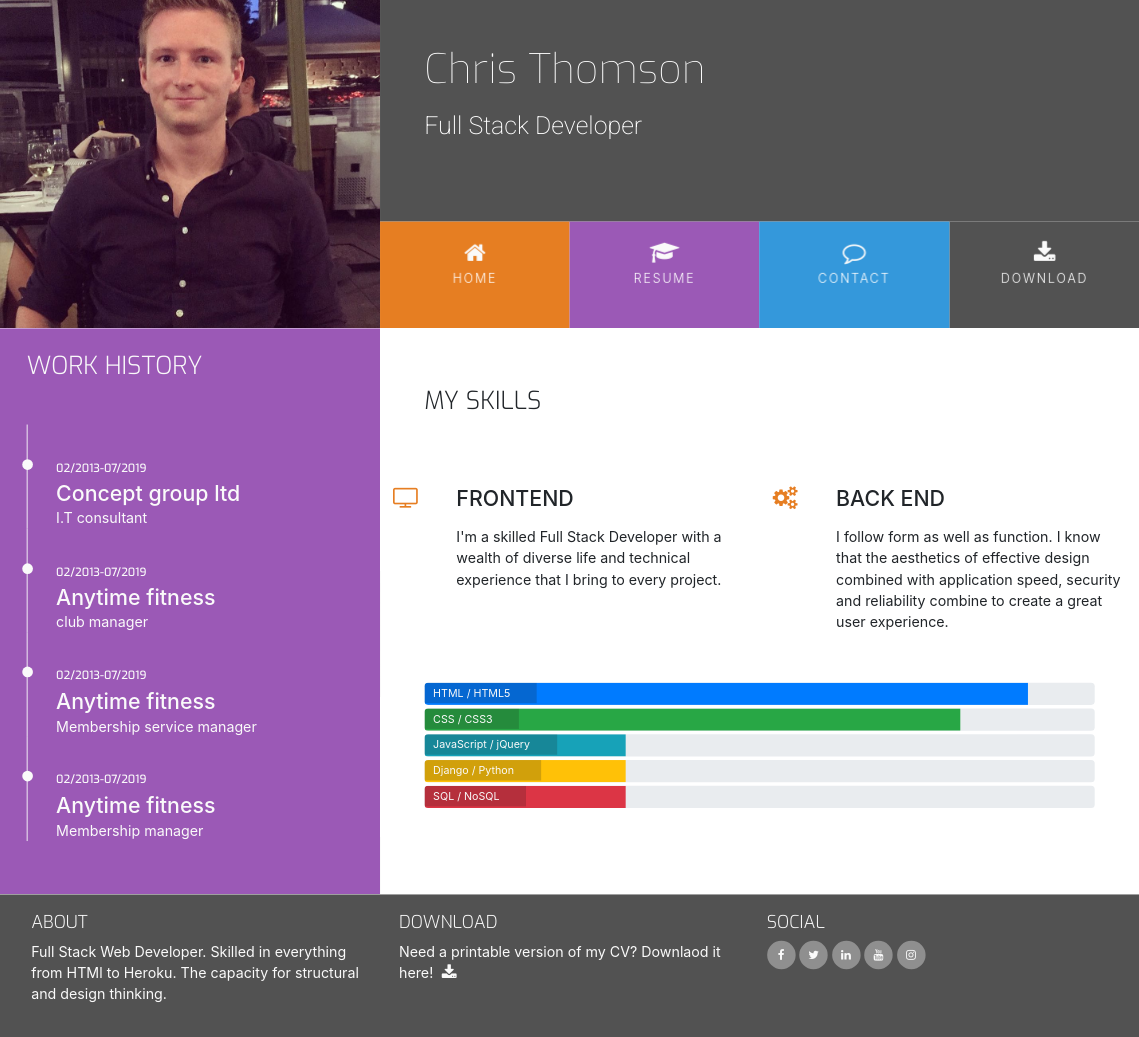
Repository: cthoms1993/Resume
Page: resume.html
The author's editor kept a record of every edit. The page is drawn from the files as they stood at one moment, then again after the next edit.
The browser window is 1280 px wide. The pictures show the whole page, at 89% of full size.

Above is the page before.

After the next edit:
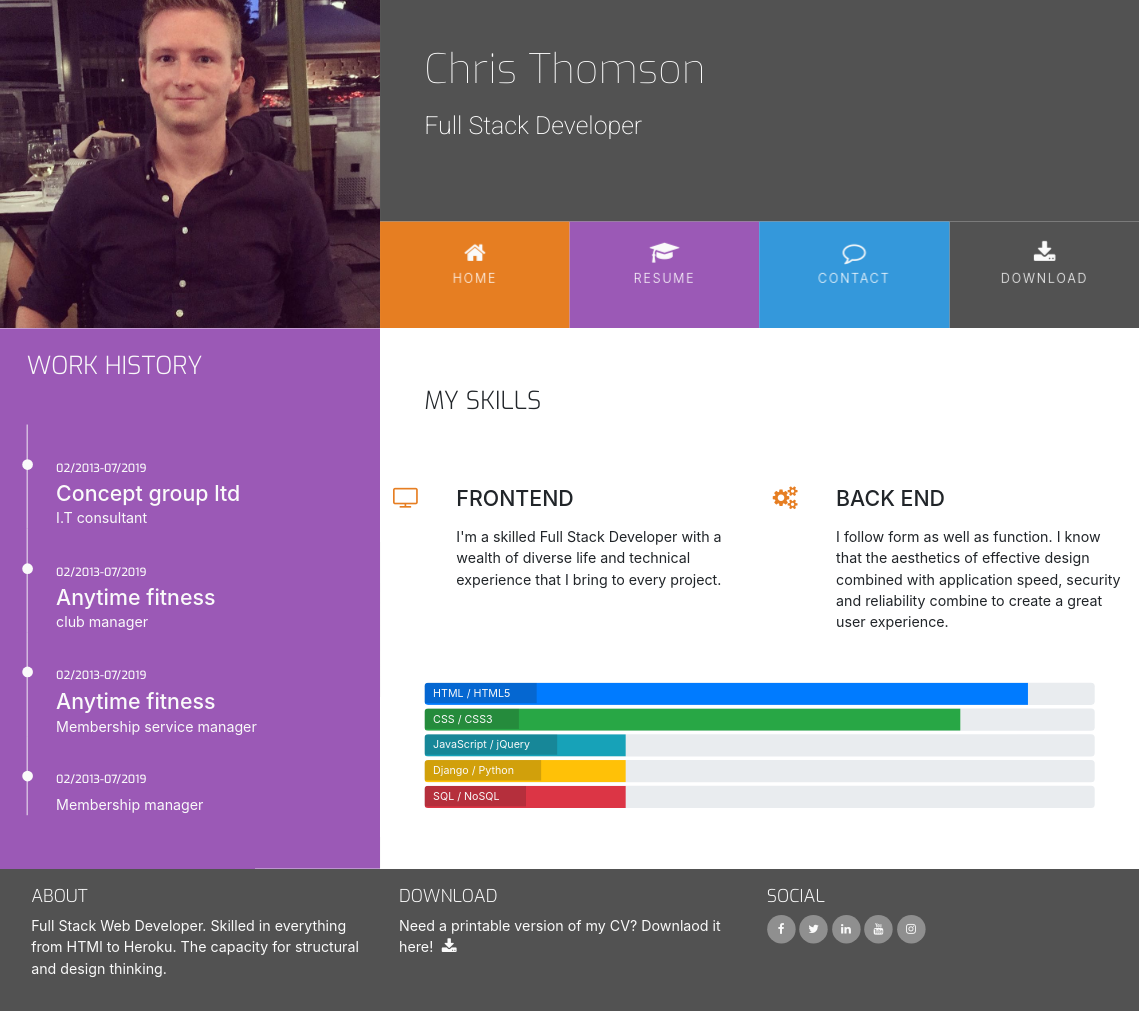
The edit:
--- a/resume.html
+++ b/resume.html
@@ -70,7 +70,7 @@
                         <p>Membership service manager</p>
                     </div>
                     <div class="timeline-item" data-dates="02/2013-07/2019">
-                        <h4>Anytime fitness</h4>
+                        <h4></h4>
                         <p>Membership manager</p>
                     </div>
                 </div>
